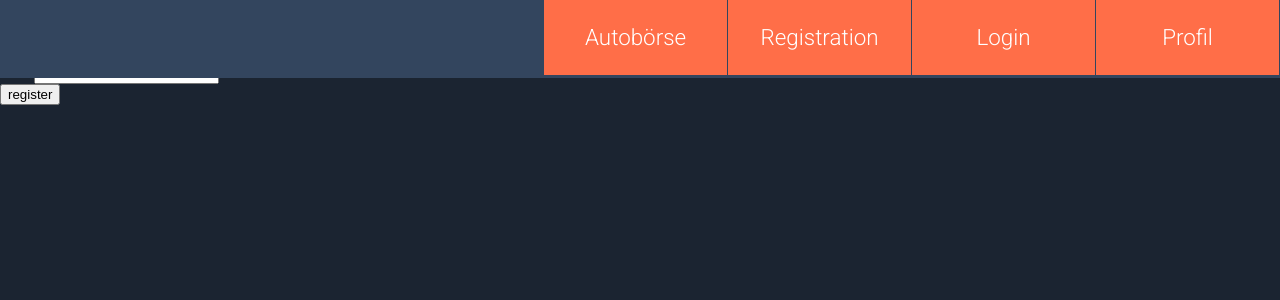
Repository: Turkelten/CarAdminstration
Page: http://localhost/Autobörse/registration.html
The author's editor kept a copy of each file at every save. The page is drawn from the files as they stood at one save, then again after the next save.
The browser window is 1280 px wide. The pictures show the whole page.
The page is served by Tomcat 9. Other server files are loaded and not shown.

Above is the page before, as saved 2020-07-18 17:49:03.

### Autobörse/WebContent/registration.html
<!DOCTYPE html>
<html>
<head>
	<meta name="viewport" content="width=device-width, initial-scale=1.0" charset="ISO-8859-1">
	<title>Autobörse</title>
	<link href="https://fonts.googleapis.com/css2?family=Roboto+Slab:wght@300&family=Roboto:wght@300&display=swap" rel="stylesheet">
	<link href="style.css" rel="stylesheet">
</head>
<body>
	<header>
		<nav id="normal">
			<ul>
			  	<li ><a href="index.html">Autobörse</a></li>
			  	<li ><a class="active" href="registration.html">Registration</a></li>
			  	<li ><a class="active" onclick="document.getElementById('id01').style.display='block'">Login</a></li>
			  	<li ><a class="active" href="userprofil.html">Profil</a>
			  		<ul>
			  			<li ><a onclick="document.getElementById('profildaten').style.display='block'">Daten</a></li>
				  		<li ><a onclick="">Inserat erstellen</a></li>
				  		<li ><a class="active" href="LogoutServlet">Logout</a></li>
			 		</ul>
			  	</li>
			</ul>
		</nav>

		<nav id="mobile">
			<div id="menu">Menü</div>
			<ul>
			  	<li ><a href="index.html">Autobörse</a></li>
			  	<li ><a class="active" href="registration.html">Registration</a></li>
			  	<li ><a class="active" onclick="document.getElementById('id01').style.display='block'">Login</a></li>
			  	<li ><a class="active" href="userprofil.html">Profil</a>
			  		<ul>
			  			<li ><a onclick="document.getElementById('profildaten').style.display='block'">Daten</a></li>
				  		<li ><a onclick="">Inserat erstellen</a></li>
				  		<li ><a class="active" href="LogoutServlet">Logout</a></li>
			 		</ul>
			  	</li>
			</ul>
		</nav>
	</header>

	<div class="registration">
		<div class="">
			<div class="login">
				<form method="post" action="register">
					 	Vorname:	<input class="inputregister" type="text" name="firstname" /><br/>
				    	Nachname:	<input class="inputregister" type="text" name="lastname" 	/><br/>
						Email:		<input class="inputregister" type="text" name="email" 	/><br/>
				       	Password:	<input class="inputregister" type="password" name="pass" 	/><br/>
				       <input type="submit" value="register" />
			   	</form>
		   	</div>
	   	</div>
   	</div>
</body>
</html>

### Autobörse/WebContent/style.css
body,
html {
  background: #1b2431;
  margin: 0;
  padding: 0;
  font-size: 62.5%;
}

@media screen and (max-width: 600px) {
  body,
  html {
    font-size: 48%;
  }
}

@media screen and (min-width: 600px) {
  body,
  html {
    font-size: 53%;
  }
}

@media screen and (min-width: 800px) {
  body,
  html {
    font-size: 57%;
  }
}

@media screen and (min-width: 1200px) {
  body,
  html {
    font-size: 70%;
  }
}

header {
  background: #33455e;
  position: fixed;
  top: 0;
  width: 100%;
  text-align: right;
  transition: 200ms all;
  height: 7rem;
}

header nav#normal {
  color: #c8354e;
  display: inline-block;
}

@media screen and (max-width: 800px) {
  header nav#normal {
    display: none;
  }
}

header nav#normal ul {
  margin: 0;
  padding: 0;
  transition: all 300ms;
  display: inline-block;
}

header nav#normal ul li {
  margin: 0;
  padding: 0;
  float: left;
  list-style: none;
  position: relative;
  transition: all 300ms;
}

header nav#normal ul li a {
  display: inline-block;
  padding: 2.17rem;
  float: left;
  min-width: 12rem;
  text-align: center;
  font-size: 2rem;
  color: #fff;
  margin: 0 1px 0 0;
  text-decoration: none;
  background: #ff6e48;
  font-weight: 300;
  transition: all 300ms;
  font-family: "Roboto", sans-serif;
}

header nav#normal ul li:hover > a {
  background: #d85d3c;
}

header nav#normal ul li ul {
  overflow: hidden;
  position: absolute;
  top: 100%;
  left: 0;
  width: 100%;
  transition: 300ms all;
  max-height: 0;
}

header nav#normal ul li ul li {
  border-bottom: 1px solid #8c1e31;
}

header nav#normal ul li:hover > ul {
  max-height: 700px;
}

header nav#mobile {
  color: #c8354e;
  display: none;
}

@media screen and (max-width: 800px) {
  header nav#mobile {
    display: block;
  }
}

header nav #menu {
  padding: 2.17rem 5% 2.17rem 5%;
  float: left;
  width: 90%;
  text-align: center;
  font-size: 2rem;
  color: #fff;
  cursor: pointer;
  font-weight: 300;
  transition: all 500ms;
  font-family: "Roboto", sans-serif;
}

header nav#mobile ul {
  width: 100%;
  margin: 0;
  padding: 0;
  max-height: 0;
  transition: all 500ms;
  overflow: hidden;
  float: left;
}

header nav#mobile:hover > ul {
  max-height: 800px;
}

header nav#mobile ul li {
  margin: 0;
  padding: 0;
  float: left;
  width: 100%;
  list-style: none;
  position: relative;
  transition: all 500ms;
}

header nav#mobile ul li a {
  display: inline-block;
  padding: 2.17rem 5% 2.17rem 5%;
  float: left;
  min-width: 12rem;
  width: 90%;
  text-align: center;
  font-size: 2rem;
  color: #fff;
  text-decoration: none;
  background: #c8354e;
  font-weight: 300;
  transition: all 500ms;
  font-family: "Roboto", sans-serif;
}

header nav#mobile ul li:hover > a {
  background: #8c1e31;
}

header nav#mobile ul li ul {
  width: 100%;
  transition: all 500ms;
  max-height: 0;
  overflow: hidden;
  float: left;
}

header nav#mobile ul li ul li {
  display: block;
  float: left;
  background: #8c1e31;
  transition: all 500ms;
}

header nav#mobile ul li ul li a {
  background: #8c1e31;
}

header nav#mobile ul li:hover > ul {
  max-height: 500px;
}

.regristration {
  	padding: 0;
  	width: 100%;
  	height: 100%;
  	top: 7rem;
  	background: #33455e;
}

After the next save:
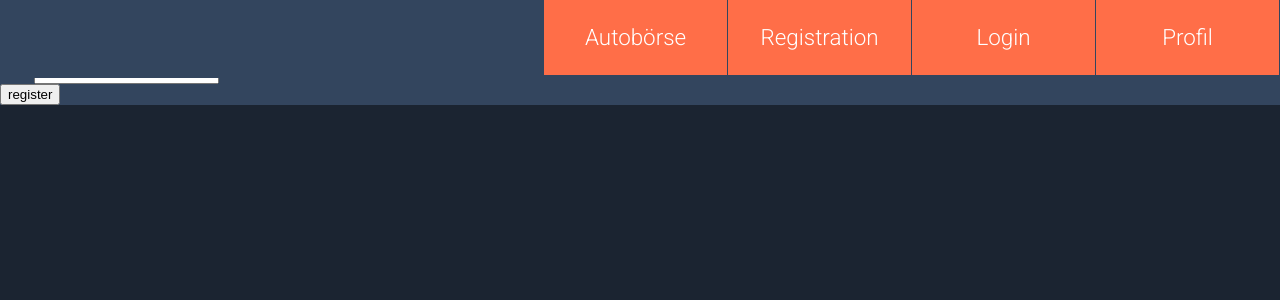
Saved 25 s later.
--- a/Autobörse/WebContent/style.css
+++ b/Autobörse/WebContent/style.css
@@ -200,7 +200,7 @@ header nav#mobile ul li:hover > ul {
   max-height: 500px;
 }
 
-.regristration {
+.registration {
   	padding: 0;
   	width: 100%;
   	height: 100%;

After the 2 saves that followed:
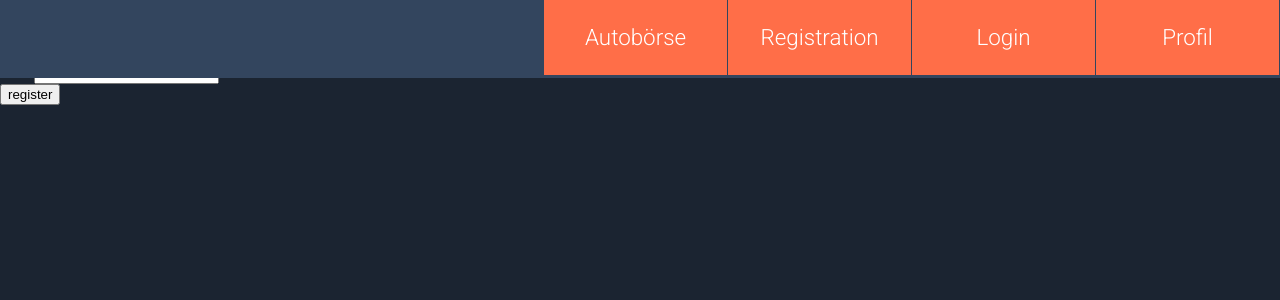
The 2 saves are shown as one change because 1 left the picture as it was.
The last was saved 38 s later.
--- a/Autobörse/WebContent/style.css
+++ b/Autobörse/WebContent/style.css
@@ -204,6 +204,6 @@ header nav#mobile ul li:hover > ul {
   	padding: 0;
   	width: 100%;
   	height: 100%;
+  	margin-top: 20;
   	top: 7rem;
-  	background: #33455e;
-}
+}
